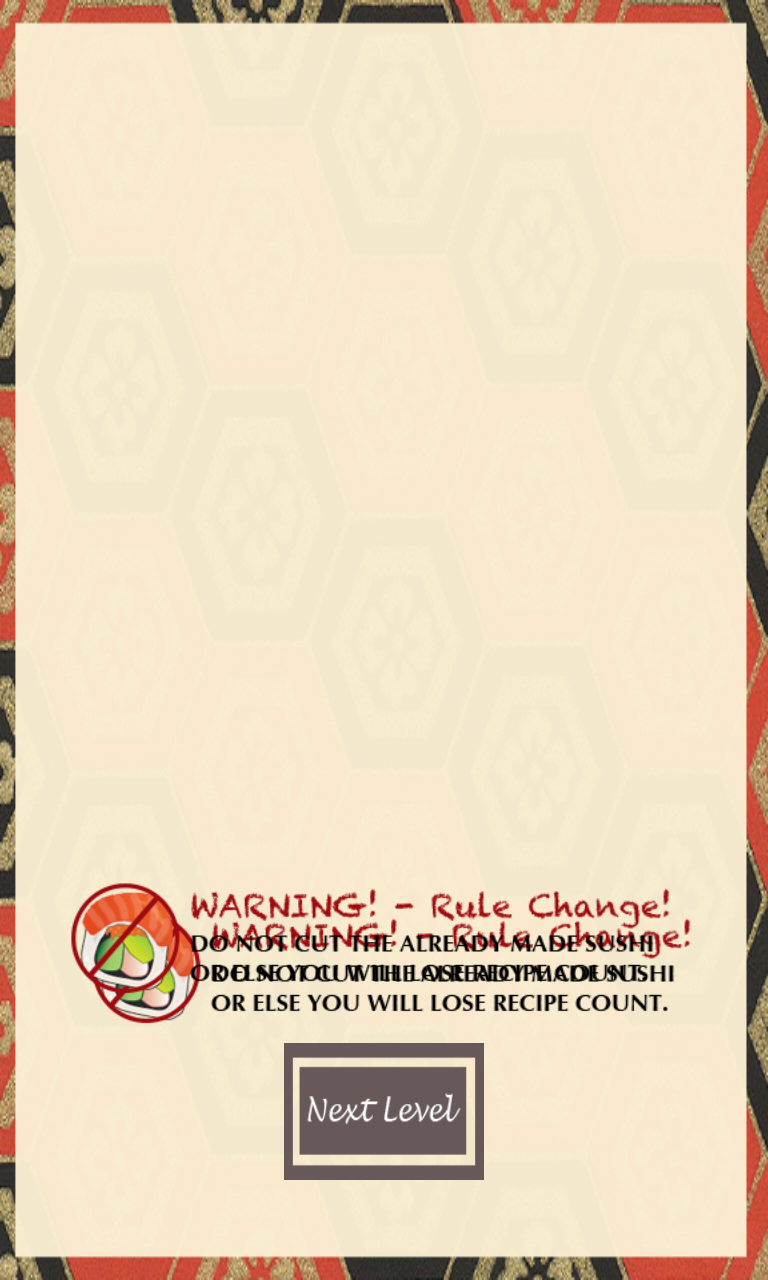
Repository: Kreispy/Sushi-Samurai
Layout: SushiNinja/res/layout/dialog.xml
An editor plug-in stored every save of this project. The layout is shown before and after the next save, followed by the edit.
It is drawn on a 768 x 1280 px phone screen (xhdpi) without system bars, with theme AppTheme; the app's code is not run.

Above is the layout before, as saved 2013-04-27 04:39:59.

### SushiNinja/res/layout/dialog.xml
<?xml version="1.0" encoding="utf-8"?>
<RelativeLayout xmlns:android="http://schemas.android.com/apk/res/android"
    android:layout_width="fill_parent"
    android:layout_height="fill_parent"
    android:background="@drawable/scroll" >

    <ImageView
         android:id="@+id/imageView1"
         android:layout_width="wrap_content"
         android:layout_height="wrap_content"
         android:layout_above="@+id/OKbutton"
         android:layout_alignParentRight="true"
         android:layout_marginRight="15dp"
         android:src="@drawable/warning"
         android:adjustViewBounds="true" />

    <TextView
        android:id="@+id/text"
        android:layout_width="fill_parent"
        android:layout_height="wrap_content"
        android:layout_marginTop="15dp"
        android:gravity="center"
        android:lineSpacingExtra="20dp"
        android:textColor="#400"
        android:textSize="@dimen/text20" />

     <Button
         android:id="@+id/OKbutton"
         android:layout_width="100dp"
         android:layout_height="wrap_content"
         android:layout_centerHorizontal="true"
     	 android:layout_alignParentBottom="true"
     	 android:layout_marginBottom="50dp"
         android:background="@drawable/levelbutton" />

     <ImageView
         android:id="@+id/imageView1"
         android:layout_width="wrap_content"
         android:layout_height="wrap_content"
         android:layout_above="@+id/OKbutton"
         android:layout_marginBottom="15dp"
         android:layout_centerHorizontal="true"
         android:src="@drawable/warning"
         android:adjustViewBounds="true" />

</RelativeLayout>

### SushiNinja/res/values/dimens.xml
<?xml version="1.0" encoding="utf-8"?>
<resources>
    <dimen name="textSize">15dp</dimen>
    <dimen name="text25">25dp</dimen>
    <dimen name="text20">20dp</dimen>
    <dimen name="width75">75dp</dimen>
    <dimen name="width120">120dp</dimen>
    <dimen name="text35">35dp</dimen>
    <dimen name="text15">15dp</dimen>
</resources>

### SushiNinja/res/drawable-hdpi/levelbutton.xml
<?xml version="1.0" encoding="utf-8"?>
<selector xmlns:android="http://schemas.android.com/apk/res/android" >
       <item android:drawable="@drawable/level_focused"
          android:state_pressed="true" />
    <item android:drawable="@drawable/level_focused"
          android:state_focused="true" />
    <item android:drawable="@drawable/level_normal" />

</selector>

Loaded but not shown: SushiNinja/res/values/styles.xml (common file); SushiNinja/res/values-v11/styles.xml (common file); SushiNinja/res/values-v14/styles.xml (common file)

After the next save:
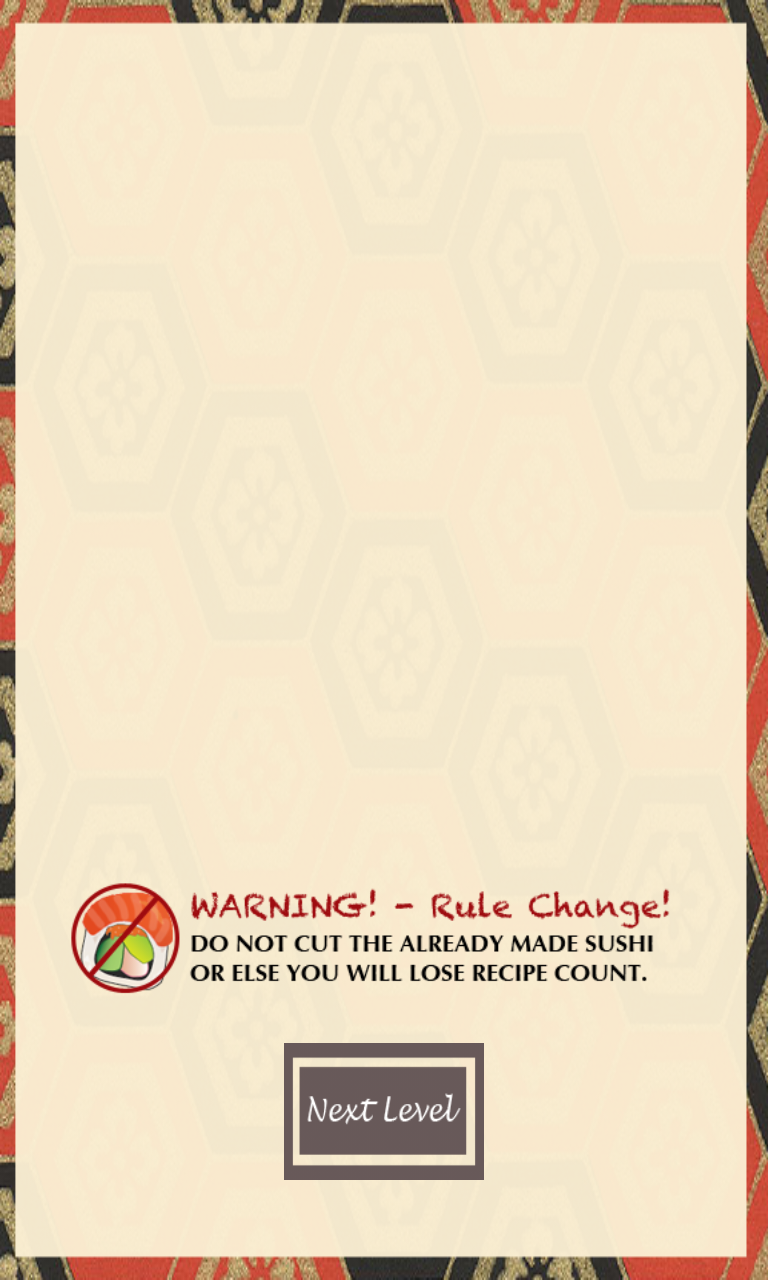
Saved 23 s later.
--- a/SushiNinja/res/layout/dialog.xml
+++ b/SushiNinja/res/layout/dialog.xml
@@ -11,7 +11,6 @@
          android:layout_above="@+id/OKbutton"
          android:layout_alignParentRight="true"
          android:layout_marginRight="15dp"
-         android:src="@drawable/warning"
          android:adjustViewBounds="true" />
 
     <TextView
